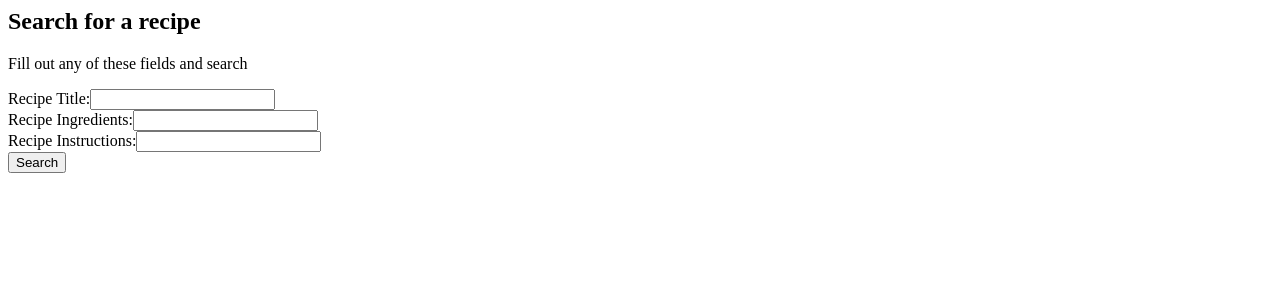
Repository: toprak1919/BaronEmlak
Page: http://localhost/helloworld/showSearchForm.php
An editor plug-in stored every save of this project. The page is shown before and after the next save, followed by the edit.
The browser window is 1280 px wide. The pictures show the whole page.
The page is run by PHP 8.4 with error messages shown; the project is at /var/www/html/.

Above is the page before, as saved 2020-12-09 00:33:34.

### helloworld/showSearchForm.php
<!--
 this is a partial page
 purpose is to show a search form under the top menu
 even though the file extension is .php, all of the code on this page is html
 -->

 <div class="form-container">

<h2>Search for a recipe</h2>
<p>Fill out any of these fields and search</p>
<form action="searchrecipe.php">
Recipe Title:<input type="text" name="recipeName"></input><br>
Recipe Ingredients:<input type="text" name="recipeIngredients"></input><br>
Recipe Instructions:<input type="text" name="recipeInstructions"></input><br>
<button type="submit">Search</button>
</form>
</div>

After the next save:
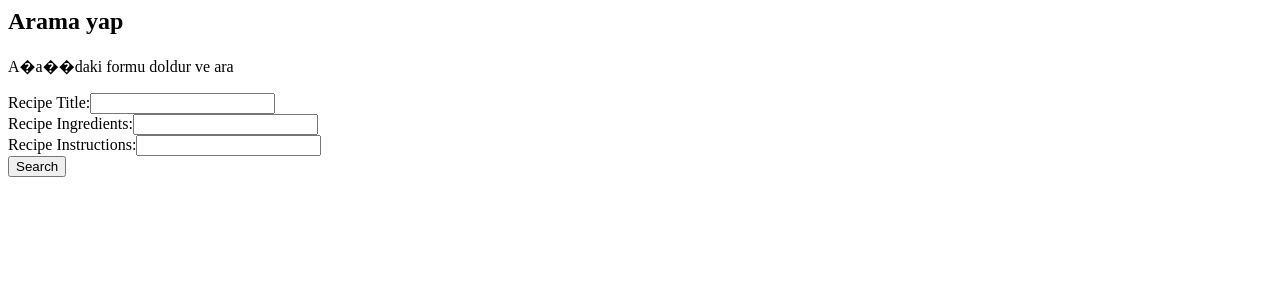
Saved 53 min 38 s later.
--- a/helloworld/showSearchForm.php
+++ b/helloworld/showSearchForm.php
@@ -6,8 +6,8 @@
 
  <div class="form-container">
 
-<h2>Search for a recipe</h2>
-<p>Fill out any of these fields and search</p>
+<h2>Arama yap</h2>
+<p>Aþaðýdaki formu doldur ve ara</p>
 <form action="searchrecipe.php">
 Recipe Title:<input type="text" name="recipeName"></input><br>
 Recipe Ingredients:<input type="text" name="recipeIngredients"></input><br>
